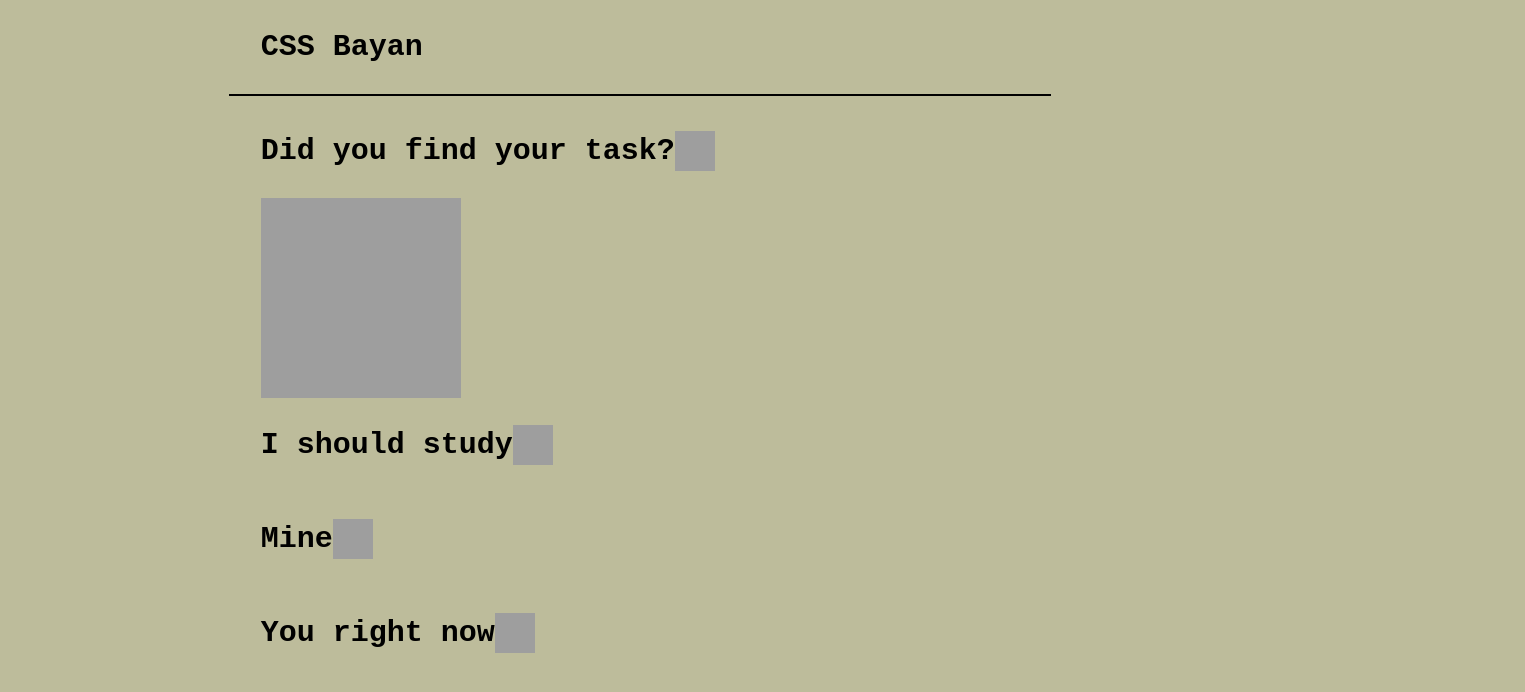
Repository: MaksimMazurenka/cssBayan
Page: cssBayan/index.html
These files come from the project's save history. The page is drawn as it stood at one moment and after the next save; the edit follows.
The browser window is 1280 px wide. The page is 1525 px wide, so the pictures cover 1525 px, including what lies to the right of the window. The pictures show the whole page.
The first `input[name="mem"]` is checked.
Pictures or frames that could not be fetched are drawn as grey boxes.

Above is the page before, as saved 2023-03-12 23:20:46.

After the next save:
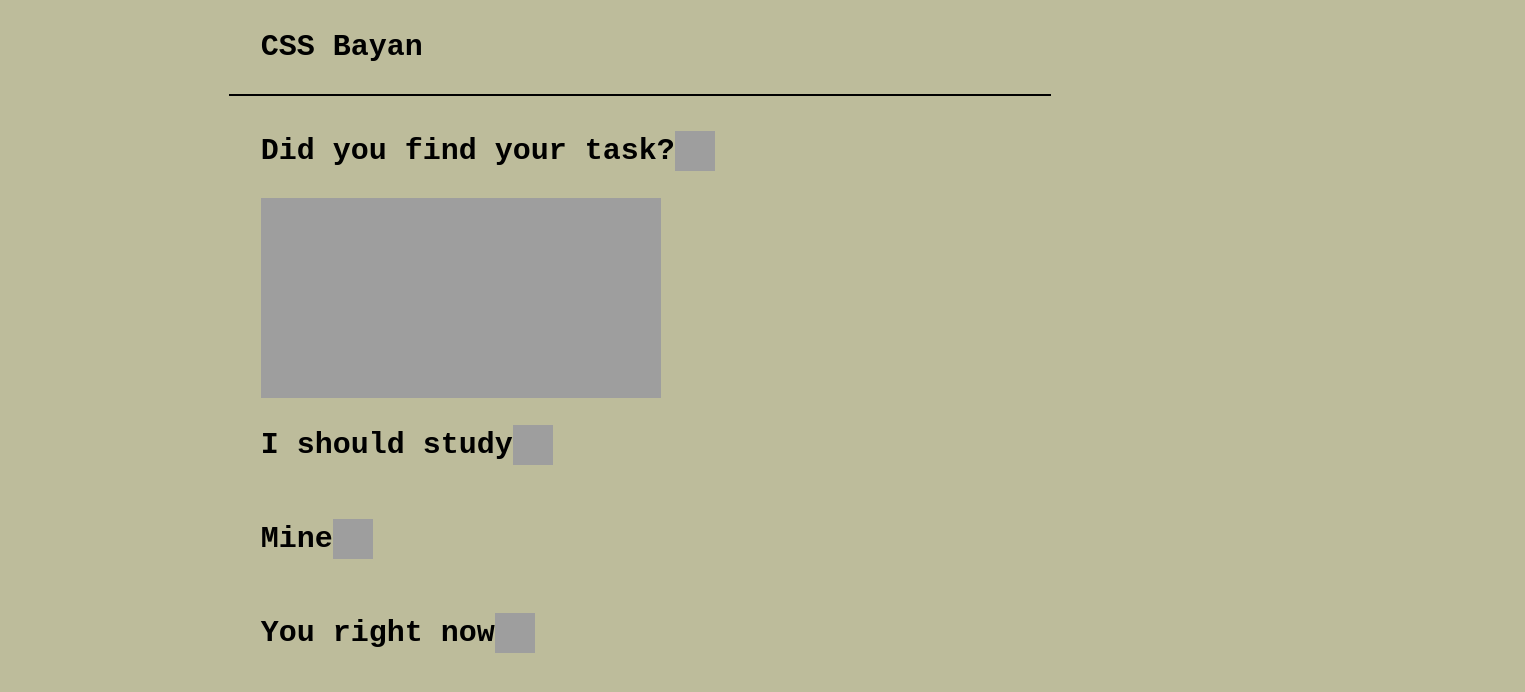
Saved 6 s later.
--- a/cssBayan/index.html
+++ b/cssBayan/index.html
@@ -16,7 +16,7 @@ img{
 }
 input[name="mem"]:checked + label div img
 {
-    width: 200px;
+    width: 400px;
     height: 200px;
     display: block;
 }
